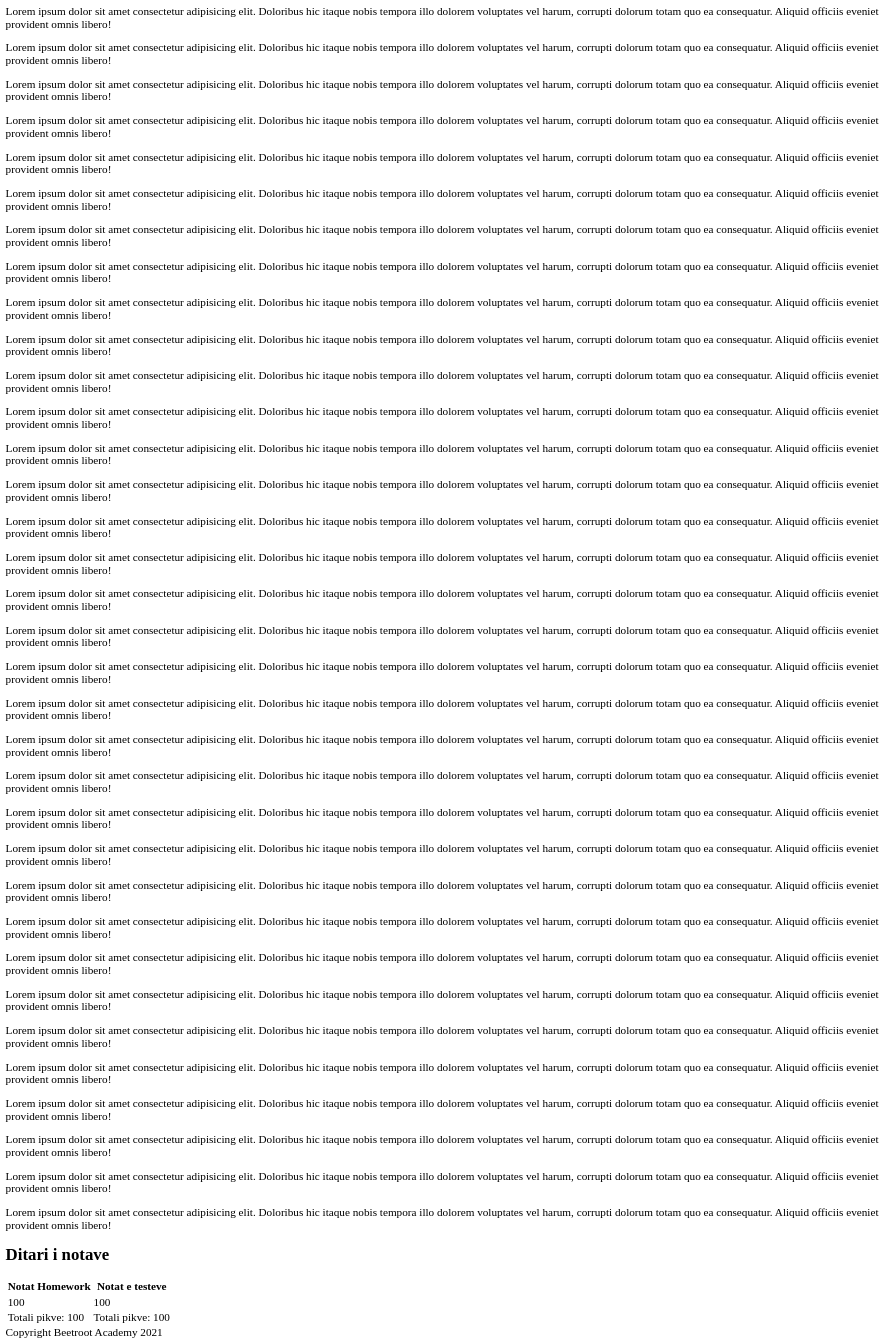
Repository: lendk/beetroot-fe-g1
Page: 02/index.html
The author's editor kept a copy of each file at every save. The page is drawn from the files as they stood at one save, then again after the next save.
The browser window is 1280 px wide. The pictures show the part of the page from y = 1859 to 3779 px (the page is 3779 px tall before and 2825 px after), at 70% of full size.

Above is the page before, as saved 2021-01-16 09:53:44.

### 02/index.html
<!DOCTYPE html>

<html>

<head>
  <title>Ligjerata 2/3 Html5</title>
</head>

<body>
  <header id="main-header">
    <h1>Profili im</h1>
    <ul>
      <li><a href="#ditari">Ditari</a></li>
      <li><a href="#">Faqja 2</a></li>
      <li><a href="#">Faqja 3</a></li>
    </ul>
  </header>
  <main class="main-content main-content-home">
    <p>Lorem ipsum dolor sit amet consectetur adipisicing elit. Doloribus hic itaque nobis tempora illo dolorem voluptates vel harum, corrupti dolorum totam quo ea consequatur.
      Aliquid officiis eveniet provident omnis libero!</p>
    <p>Lorem ipsum dolor sit amet consectetur adipisicing elit. Doloribus hic itaque nobis tempora illo dolorem voluptates vel harum, corrupti dolorum totam quo ea consequatur.
      Aliquid officiis eveniet provident omnis libero!</p>
    <p>Lorem ipsum dolor sit amet consectetur adipisicing elit. Doloribus hic itaque nobis tempora illo dolorem voluptates vel harum, corrupti dolorum totam quo ea consequatur.
      Aliquid officiis eveniet provident omnis libero!</p>
    <p>Lorem ipsum dolor sit amet consectetur adipisicing elit. Doloribus hic itaque nobis tempora illo dolorem voluptates vel harum, corrupti dolorum totam quo ea consequatur.
      Aliquid officiis eveniet provident omnis libero!</p>
    <p>Lorem ipsum dolor sit amet consectetur adipisicing elit. Doloribus hic itaque nobis tempora illo dolorem voluptates vel harum, corrupti dolorum totam quo ea consequatur.
      Aliquid officiis eveniet provident omnis libero!</p>
    <p>Lorem ipsum dolor sit amet consectetur adipisicing elit. Doloribus hic itaque nobis tempora illo dolorem voluptates vel harum, corrupti dolorum totam quo ea consequatur.
      Aliquid officiis eveniet provident omnis libero!</p>
    <p>Lorem ipsum dolor sit amet consectetur adipisicing elit. Doloribus hic itaque nobis tempora illo dolorem voluptates vel harum, corrupti dolorum totam quo ea consequatur.
      Aliquid officiis eveniet provident omnis libero!</p>
    <p>Lorem ipsum dolor sit amet consectetur adipisicing elit. Doloribus hic itaque nobis tempora illo dolorem voluptates vel harum, corrupti dolorum totam quo ea consequatur.
      Aliquid officiis eveniet provident omnis libero!</p>
    <p>Lorem ipsum dolor sit amet consectetur adipisicing elit. Doloribus hic itaque nobis tempora illo dolorem voluptates vel harum, corrupti dolorum totam quo ea consequatur.
      Aliquid officiis eveniet provident omnis libero!</p>
    <p>Lorem ipsum dolor sit amet consectetur adipisicing elit. Doloribus hic itaque nobis tempora illo dolorem voluptates vel harum, corrupti dolorum totam quo ea consequatur.
      Aliquid officiis eveniet provident omnis libero!</p>
    <p>Lorem ipsum dolor sit amet consectetur adipisicing elit. Doloribus hic itaque nobis tempora illo dolorem voluptates vel harum, corrupti dolorum totam quo ea consequatur.
      Aliquid officiis eveniet provident omnis libero!</p>
    <p>Lorem ipsum dolor sit amet consectetur adipisicing elit. Doloribus hic itaque nobis tempora illo dolorem voluptates vel harum, corrupti dolorum totam quo ea consequatur.
      Aliquid officiis eveniet provident omnis libero!</p>
    <p>Lorem ipsum dolor sit amet consectetur adipisicing elit. Doloribus hic itaque nobis tempora illo dolorem voluptates vel harum, corrupti dolorum totam quo ea consequatur.
      Aliquid officiis eveniet provident omnis libero!</p>
    <p>Lorem ipsum dolor sit amet consectetur adipisicing elit. Doloribus hic itaque nobis tempora illo dolorem voluptates vel harum, corrupti dolorum totam quo ea consequatur.
      Aliquid officiis eveniet provident omnis libero!</p>
    <p>Lorem ipsum dolor sit amet consectetur adipisicing elit. Doloribus hic itaque nobis tempora illo dolorem voluptates vel harum, corrupti dolorum totam quo ea consequatur.
      Aliquid officiis eveniet provident omnis libero!</p>
    <p>Lorem ipsum dolor sit amet consectetur adipisicing elit. Doloribus hic itaque nobis tempora illo dolorem voluptates vel harum, corrupti dolorum totam quo ea consequatur.
      Aliquid officiis eveniet provident omnis libero!</p>
    <p>Lorem ipsum dolor sit amet consectetur adipisicing elit. Doloribus hic itaque nobis tempora illo dolorem voluptates vel harum, corrupti dolorum totam quo ea consequatur.
      Aliquid officiis eveniet provident omnis libero!</p>
    <p>Lorem ipsum dolor sit amet consectetur adipisicing elit. Doloribus hic itaque nobis tempora illo dolorem voluptates vel harum, corrupti dolorum totam quo ea consequatur.
      Aliquid officiis eveniet provident omnis libero!</p>
    <p>Lorem ipsum dolor sit amet consectetur adipisicing elit. Doloribus hic itaque nobis tempora illo dolorem voluptates vel harum, corrupti dolorum totam quo ea consequatur.
      Aliquid officiis eveniet provident omnis libero!</p>
    <p>Lorem ipsum dolor sit amet consectetur adipisicing elit. Doloribus hic itaque nobis tempora illo dolorem voluptates vel harum, corrupti dolorum totam quo ea consequatur.
      Aliquid officiis eveniet provident omnis libero!</p>
    <p>Lorem ipsum dolor sit amet consectetur adipisicing elit. Doloribus hic itaque nobis tempora illo dolorem voluptates vel harum, corrupti dolorum totam quo ea consequatur.
      Aliquid officiis eveniet provident omnis libero!</p>
    <p>Lorem ipsum dolor sit amet consectetur adipisicing elit. Doloribus hic itaque nobis tempora illo dolorem voluptates vel harum, corrupti dolorum totam quo ea consequatur.
      Aliquid officiis eveniet provident omnis libero!</p>
    <p>Lorem ipsum dolor sit amet consectetur adipisicing elit. Doloribus hic itaque nobis tempora illo dolorem voluptates vel harum, corrupti dolorum totam quo ea consequatur.
      Aliquid officiis eveniet provident omnis libero!</p>
    <p>Lorem ipsum dolor sit amet consectetur adipisicing elit. Doloribus hic itaque nobis tempora illo dolorem voluptates vel harum, corrupti dolorum totam quo ea consequatur.
      Aliquid officiis eveniet provident omnis libero!</p>
    <p>Lorem ipsum dolor sit amet consectetur adipisicing elit. Doloribus hic itaque nobis tempora illo dolorem voluptates vel harum, corrupti dolorum totam quo ea consequatur.
      Aliquid officiis eveniet provident omnis libero!</p>
    <p>Lorem ipsum dolor sit amet consectetur adipisicing elit. Doloribus hic itaque nobis tempora illo dolorem voluptates vel harum, corrupti dolorum totam quo ea consequatur.
      Aliquid officiis eveniet provident omnis libero!</p>
    <p>Lorem ipsum dolor sit amet consectetur adipisicing elit. Doloribus hic itaque nobis tempora illo dolorem voluptates vel harum, corrupti dolorum totam quo ea consequatur.
      Aliquid officiis eveniet provident omnis libero!</p>
    <p>Lorem ipsum dolor sit amet consectetur adipisicing elit. Doloribus hic itaque nobis tempora illo dolorem voluptates vel harum, corrupti dolorum totam quo ea consequatur.
      Aliquid officiis eveniet provident omnis libero!</p>
    <p>Lorem ipsum dolor sit amet consectetur adipisicing elit. Doloribus hic itaque nobis tempora illo dolorem voluptates vel harum, corrupti dolorum totam quo ea consequatur.
      Aliquid officiis eveniet provident omnis libero!</p>
    <p>Lorem ipsum dolor sit amet consectetur adipisicing elit. Doloribus hic itaque nobis tempora illo dolorem voluptates vel harum, corrupti dolorum totam quo ea consequatur.
      Aliquid officiis eveniet provident omnis libero!</p>
    <p>Lorem ipsum dolor sit amet consectetur adipisicing elit. Doloribus hic itaque nobis tempora illo dolorem voluptates vel harum, corrupti dolorum totam quo ea consequatur.
      Aliquid officiis eveniet provident omnis libero!</p>
    <p>Lorem ipsum dolor sit amet consectetur adipisicing elit. Doloribus hic itaque nobis tempora illo dolorem voluptates vel harum, corrupti dolorum totam quo ea consequatur.
      Aliquid officiis eveniet provident omnis libero!</p>
    <p>Lorem ipsum dolor sit amet consectetur adipisicing elit. Doloribus hic itaque nobis tempora illo dolorem voluptates vel harum, corrupti dolorum totam quo ea consequatur.
      Aliquid officiis eveniet provident omnis libero!</p>
    <p>Lorem ipsum dolor sit amet consectetur adipisicing elit. Doloribus hic itaque nobis tempora illo dolorem voluptates vel harum, corrupti dolorum totam quo ea consequatur.
      Aliquid officiis eveniet provident omnis libero!</p>
    <p>Lorem ipsum dolor sit amet consectetur adipisicing elit. Doloribus hic itaque nobis tempora illo dolorem voluptates vel harum, corrupti dolorum totam quo ea consequatur.
      Aliquid officiis eveniet provident omnis libero!</p>
    <p>Lorem ipsum dolor sit amet consectetur adipisicing elit. Doloribus hic itaque nobis tempora illo dolorem voluptates vel harum, corrupti dolorum totam quo ea consequatur.
      Aliquid officiis eveniet provident omnis libero!</p>
    <p>Lorem ipsum dolor sit amet consectetur adipisicing elit. Doloribus hic itaque nobis tempora illo dolorem voluptates vel harum, corrupti dolorum totam quo ea consequatur.
      Aliquid officiis eveniet provident omnis libero!</p>
    <p>Lorem ipsum dolor sit amet consectetur adipisicing elit. Doloribus hic itaque nobis tempora illo dolorem voluptates vel harum, corrupti dolorum totam quo ea consequatur.
      Aliquid officiis eveniet provident omnis libero!</p>
    <p>Lorem ipsum dolor sit amet consectetur adipisicing elit. Doloribus hic itaque nobis tempora illo dolorem voluptates vel harum, corrupti dolorum totam quo ea consequatur.
      Aliquid officiis eveniet provident omnis libero!</p>
    <p>Lorem ipsum dolor sit amet consectetur adipisicing elit. Doloribus hic itaque nobis tempora illo dolorem voluptates vel harum, corrupti dolorum totam quo ea consequatur.
      Aliquid officiis eveniet provident omnis libero!</p>
    <p>Lorem ipsum dolor sit amet consectetur adipisicing elit. Doloribus hic itaque nobis tempora illo dolorem voluptates vel harum, corrupti dolorum totam quo ea consequatur.
      Aliquid officiis eveniet provident omnis libero!</p>
    <p>Lorem ipsum dolor sit amet consectetur adipisicing elit. Doloribus hic itaque nobis tempora illo dolorem voluptates vel harum, corrupti dolorum totam quo ea consequatur.
      Aliquid officiis eveniet provident omnis libero!</p>
    <p>Lorem ipsum dolor sit amet consectetur adipisicing elit. Doloribus hic itaque nobis tempora illo dolorem voluptates vel harum, corrupti dolorum totam quo ea consequatur.
      Aliquid officiis eveniet provident omnis libero!</p>
    <p>Lorem ipsum dolor sit amet consectetur adipisicing elit. Doloribus hic itaque nobis tempora illo dolorem voluptates vel harum, corrupti dolorum totam quo ea consequatur.
      Aliquid officiis eveniet provident omnis libero!</p>
    <p>Lorem ipsum dolor sit amet consectetur adipisicing elit. Doloribus hic itaque nobis tempora illo dolorem voluptates vel harum, corrupti dolorum totam quo ea consequatur.
      Aliquid officiis eveniet provident omnis libero!</p>
    <p>Lorem ipsum dolor sit amet consectetur adipisicing elit. Doloribus hic itaque nobis tempora illo dolorem voluptates vel harum, corrupti dolorum totam quo ea consequatur.
      Aliquid officiis eveniet provident omnis libero!</p>
    <p>Lorem ipsum dolor sit amet consectetur adipisicing elit. Doloribus hic itaque nobis tempora illo dolorem voluptates vel harum, corrupti dolorum totam quo ea consequatur.
      Aliquid officiis eveniet provident omnis libero!</p>
    <p>Lorem ipsum dolor sit amet consectetur adipisicing elit. Doloribus hic itaque nobis tempora illo dolorem voluptates vel harum, corrupti dolorum totam quo ea consequatur.
      Aliquid officiis eveniet provident omnis libero!</p>
    <p>Lorem ipsum dolor sit amet consectetur adipisicing elit. Doloribus hic itaque nobis tempora illo dolorem voluptates vel harum, corrupti dolorum totam quo ea consequatur.
      Aliquid officiis eveniet provident omnis libero!</p>
    <p>Lorem ipsum dolor sit amet consectetur adipisicing elit. Doloribus hic itaque nobis tempora illo dolorem voluptates vel harum, corrupti dolorum totam quo ea consequatur.
      Aliquid officiis eveniet provident omnis libero!</p>
    <p>Lorem ipsum dolor sit amet consectetur adipisicing elit. Doloribus hic itaque nobis tempora illo dolorem voluptates vel harum, corrupti dolorum totam quo ea consequatur.
      Aliquid officiis eveniet provident omnis libero!</p>
    <p>Lorem ipsum dolor sit amet consectetur adipisicing elit. Doloribus hic itaque nobis tempora illo dolorem voluptates vel harum, corrupti dolorum totam quo ea consequatur.
      Aliquid officiis eveniet provident omnis libero!</p>
    <p>Lorem ipsum dolor sit amet consectetur adipisicing elit. Doloribus hic itaque nobis tempora illo dolorem voluptates vel harum, corrupti dolorum totam quo ea consequatur.
      Aliquid officiis eveniet provident omnis libero!</p>
    <p>Lorem ipsum dolor sit amet consectetur adipisicing elit. Doloribus hic itaque nobis tempora illo dolorem voluptates vel harum, corrupti dolorum totam quo ea consequatur.
      Aliquid officiis eveniet provident omnis libero!</p>
    <p>Lorem ipsum dolor sit amet consectetur adipisicing elit. Doloribus hic itaque nobis tempora illo dolorem voluptates vel harum, corrupti dolorum totam quo ea consequatur.
      Aliquid officiis eveniet provident omnis libero!</p>
    <p>Lorem ipsum dolor sit amet consectetur adipisicing elit. Doloribus hic itaque nobis tempora illo dolorem voluptates vel harum, corrupti dolorum totam quo ea consequatur.
      Aliquid officiis eveniet provident omnis libero!</p>
    <p>Lorem ipsum dolor sit amet consectetur adipisicing elit. Doloribus hic itaque nobis tempora illo dolorem voluptates vel harum, corrupti dolorum totam quo ea consequatur.
      Aliquid officiis eveniet provident omnis libero!</p>
    <p>Lorem ipsum dolor sit amet consectetur adipisicing elit. Doloribus hic itaque nobis tempora illo dolorem voluptates vel harum, corrupti dolorum totam quo ea consequatur.
      Aliquid officiis eveniet provident omnis libero!</p>
    <p>Lorem ipsum dolor sit amet consectetur adipisicing elit. Doloribus hic itaque nobis tempora illo dolorem voluptates vel harum, corrupti dolorum totam quo ea consequatur.
      Aliquid officiis eveniet provident omnis libero!</p>
    <p>Lorem ipsum dolor sit amet consectetur adipisicing elit. Doloribus hic itaque nobis tempora illo dolorem voluptates vel harum, corrupti dolorum totam quo ea consequatur.
      Aliquid officiis eveniet provident omnis libero!</p>
    <p>Lorem ipsum dolor sit amet consectetur adipisicing elit. Doloribus hic itaque nobis tempora illo dolorem voluptates vel harum, corrupti dolorum totam quo ea consequatur.
      Aliquid officiis eveniet provident omnis libero!</p>
    <p>Lorem ipsum dolor sit amet consectetur adipisicing elit. Doloribus hic itaque nobis tempora illo dolorem voluptates vel harum, corrupti dolorum totam quo ea consequatur.
      Aliquid officiis eveniet provident omnis libero!</p>
    <p>Lorem ipsum dolor sit amet consectetur adipisicing elit. Doloribus hic itaque nobis tempora illo dolorem voluptates vel harum, corrupti dolorum totam quo ea consequatur.
      Aliquid officiis eveniet provident omnis libero!</p>
    <p>Lorem ipsum dolor sit amet consectetur adipisicing elit. Doloribus hic itaque nobis tempora illo dolorem voluptates vel harum, corrupti dolorum totam quo ea consequatur.
      Aliquid officiis eveniet provident omnis libero!</p>
    <p>Lorem ipsum dolor sit amet consectetur adipisicing elit. Doloribus hic itaque nobis tempora illo dolorem voluptates vel harum, corrupti dolorum totam quo ea consequatur.
      Aliquid officiis eveniet provident omnis libero!</p>
    <p>Lorem ipsum dolor sit amet consectetur adipisicing elit. Doloribus hic itaque nobis tempora illo dolorem voluptates vel harum, corrupti dolorum totam quo ea consequatur.
      Aliquid officiis eveniet provident omnis libero!</p>
    <p>Lorem ipsum dolor sit amet consectetur adipisicing elit. Doloribus hic itaque nobis tempora illo dolorem voluptates vel harum, corrupti dolorum totam quo ea consequatur.
      Aliquid officiis eveniet provident omnis libero!</p>
    <section id="ditari">
      <h2>Ditari i notave</h2>
      <table>
        <thead>
          <tr>
            <th>Notat Homework</th>
            <th>Notat e testeve</th>
          </tr>
        </thead>
        <tbody>
          <tr>
            <td>100</td>
            <td>100</td>
          </tr>
        </tbody>
        <tfoot>
          <td>Totali pikve: 100</td>
          <td>Totali pikve: 100</td>
        </tfoot>
      </table>
    </section>
  </main>
  <footer>
    <span>Copyright Beetroot Academy 2021</span>
  </footer>

</body>

</html>

After the next save:
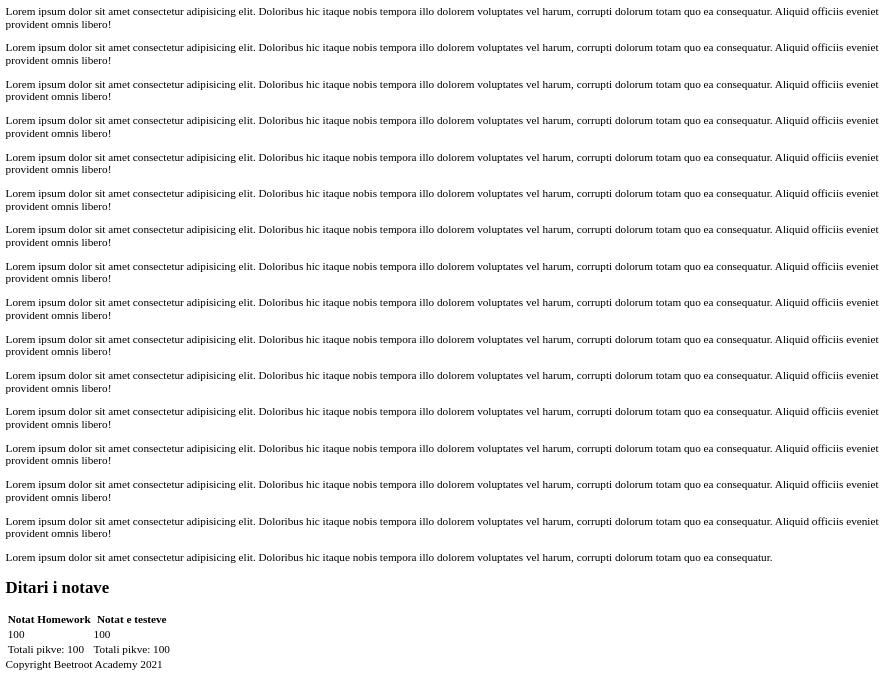
Saved 2 min 7 s later.
--- a/02/index.html
+++ b/02/index.html
@@ -113,43 +113,7 @@
     <p>Lorem ipsum dolor sit amet consectetur adipisicing elit. Doloribus hic itaque nobis tempora illo dolorem voluptates vel harum, corrupti dolorum totam quo ea consequatur.
       Aliquid officiis eveniet provident omnis libero!</p>
     <p>Lorem ipsum dolor sit amet consectetur adipisicing elit. Doloribus hic itaque nobis tempora illo dolorem voluptates vel harum, corrupti dolorum totam quo ea consequatur.
-      Aliquid officiis eveniet provident omnis libero!</p>
-    <p>Lorem ipsum dolor sit amet consectetur adipisicing elit. Doloribus hic itaque nobis tempora illo dolorem voluptates vel harum, corrupti dolorum totam quo ea consequatur.
-      Aliquid officiis eveniet provident omnis libero!</p>
-    <p>Lorem ipsum dolor sit amet consectetur adipisicing elit. Doloribus hic itaque nobis tempora illo dolorem voluptates vel harum, corrupti dolorum totam quo ea consequatur.
-      Aliquid officiis eveniet provident omnis libero!</p>
-    <p>Lorem ipsum dolor sit amet consectetur adipisicing elit. Doloribus hic itaque nobis tempora illo dolorem voluptates vel harum, corrupti dolorum totam quo ea consequatur.
-      Aliquid officiis eveniet provident omnis libero!</p>
-    <p>Lorem ipsum dolor sit amet consectetur adipisicing elit. Doloribus hic itaque nobis tempora illo dolorem voluptates vel harum, corrupti dolorum totam quo ea consequatur.
-      Aliquid officiis eveniet provident omnis libero!</p>
-    <p>Lorem ipsum dolor sit amet consectetur adipisicing elit. Doloribus hic itaque nobis tempora illo dolorem voluptates vel harum, corrupti dolorum totam quo ea consequatur.
-      Aliquid officiis eveniet provident omnis libero!</p>
-    <p>Lorem ipsum dolor sit amet consectetur adipisicing elit. Doloribus hic itaque nobis tempora illo dolorem voluptates vel harum, corrupti dolorum totam quo ea consequatur.
-      Aliquid officiis eveniet provident omnis libero!</p>
-    <p>Lorem ipsum dolor sit amet consectetur adipisicing elit. Doloribus hic itaque nobis tempora illo dolorem voluptates vel harum, corrupti dolorum totam quo ea consequatur.
-      Aliquid officiis eveniet provident omnis libero!</p>
-    <p>Lorem ipsum dolor sit amet consectetur adipisicing elit. Doloribus hic itaque nobis tempora illo dolorem voluptates vel harum, corrupti dolorum totam quo ea consequatur.
-      Aliquid officiis eveniet provident omnis libero!</p>
-    <p>Lorem ipsum dolor sit amet consectetur adipisicing elit. Doloribus hic itaque nobis tempora illo dolorem voluptates vel harum, corrupti dolorum totam quo ea consequatur.
-      Aliquid officiis eveniet provident omnis libero!</p>
-    <p>Lorem ipsum dolor sit amet consectetur adipisicing elit. Doloribus hic itaque nobis tempora illo dolorem voluptates vel harum, corrupti dolorum totam quo ea consequatur.
-      Aliquid officiis eveniet provident omnis libero!</p>
-    <p>Lorem ipsum dolor sit amet consectetur adipisicing elit. Doloribus hic itaque nobis tempora illo dolorem voluptates vel harum, corrupti dolorum totam quo ea consequatur.
-      Aliquid officiis eveniet provident omnis libero!</p>
-    <p>Lorem ipsum dolor sit amet consectetur adipisicing elit. Doloribus hic itaque nobis tempora illo dolorem voluptates vel harum, corrupti dolorum totam quo ea consequatur.
-      Aliquid officiis eveniet provident omnis libero!</p>
-    <p>Lorem ipsum dolor sit amet consectetur adipisicing elit. Doloribus hic itaque nobis tempora illo dolorem voluptates vel harum, corrupti dolorum totam quo ea consequatur.
-      Aliquid officiis eveniet provident omnis libero!</p>
-    <p>Lorem ipsum dolor sit amet consectetur adipisicing elit. Doloribus hic itaque nobis tempora illo dolorem voluptates vel harum, corrupti dolorum totam quo ea consequatur.
-      Aliquid officiis eveniet provident omnis libero!</p>
-    <p>Lorem ipsum dolor sit amet consectetur adipisicing elit. Doloribus hic itaque nobis tempora illo dolorem voluptates vel harum, corrupti dolorum totam quo ea consequatur.
-      Aliquid officiis eveniet provident omnis libero!</p>
-    <p>Lorem ipsum dolor sit amet consectetur adipisicing elit. Doloribus hic itaque nobis tempora illo dolorem voluptates vel harum, corrupti dolorum totam quo ea consequatur.
-      Aliquid officiis eveniet provident omnis libero!</p>
-    <p>Lorem ipsum dolor sit amet consectetur adipisicing elit. Doloribus hic itaque nobis tempora illo dolorem voluptates vel harum, corrupti dolorum totam quo ea consequatur.
-      Aliquid officiis eveniet provident omnis libero!</p>
-    <p>Lorem ipsum dolor sit amet consectetur adipisicing elit. Doloribus hic itaque nobis tempora illo dolorem voluptates vel harum, corrupti dolorum totam quo ea consequatur.
-      Aliquid officiis eveniet provident omnis libero!</p>
+
     <section id="ditari">
       <h2>Ditari i notave</h2>
       <table>
